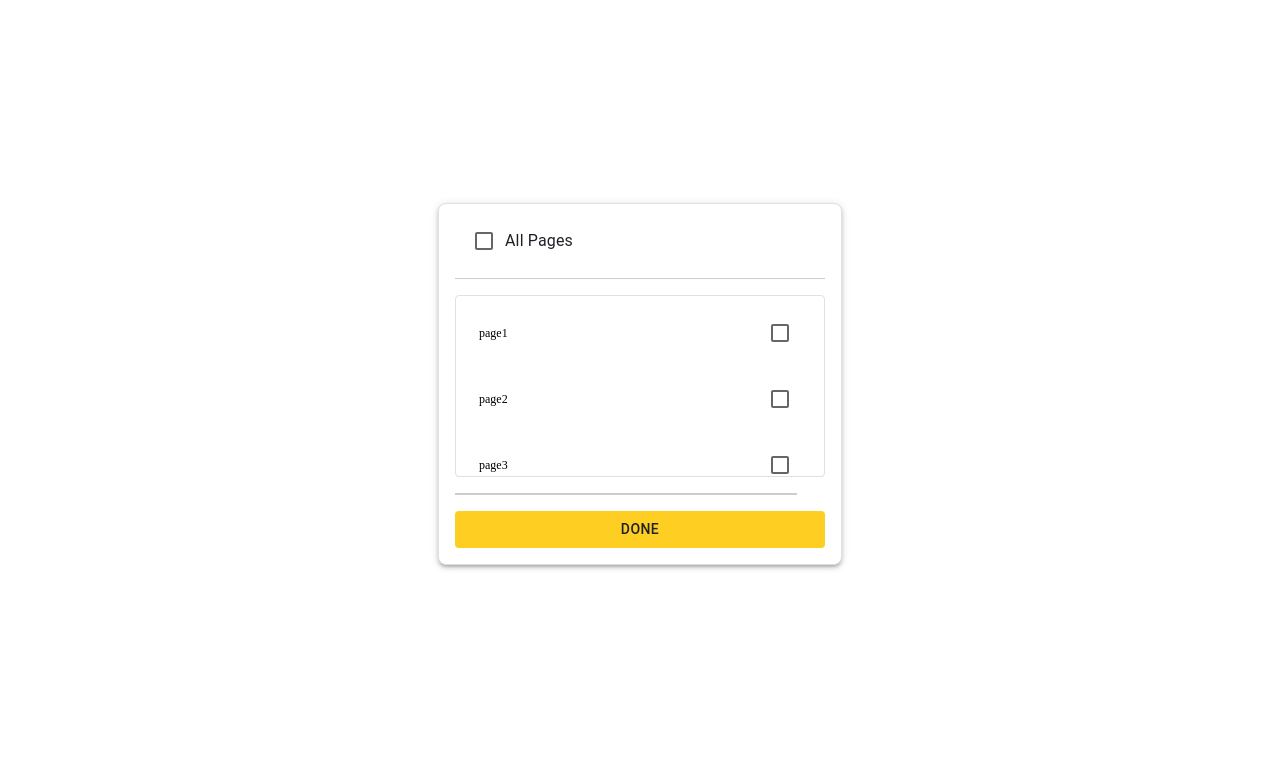
Repository: Tabishhaider72/Ellty-Test
Page: /
These files come from the project's save history. The page is drawn as it stood at one moment and after the next save; the edit follows.
The browser window is 1280 px wide. The pictures show the whole page.
The project was rebuilt for these pictures with package versions that can differ from the ones it lists, and the page was loaded fresh each time. Also part of the build but not shown: vite.config.js, src/index.css.

Above is the page before, as saved 2024-08-28 15:18:15.

### src/App.jsx
import React, { useState } from 'react';
import Box from '@mui/material/Box';
import Checkbox from '@mui/material/Checkbox';
import FormControlLabel from '@mui/material/FormControlLabel';
import Button from '@mui/material/Button';

function PageSelector() {
  const [allChecked, setAllChecked] = useState(false);
  const [pages, setPages] = useState({
    page1: false,
    page2: false,
    page3: false,
  });

  const handleAllCheck = () => {
    const newCheckedStatus = !allChecked;
    setAllChecked(newCheckedStatus);
    setPages({
      page1: newCheckedStatus,
      page2: newCheckedStatus,
      page3: newCheckedStatus,
    });
  };

  const handlePageCheck = (page) => {
    const newPages = { ...pages, [page]: !pages[page] };
    setPages(newPages);
    setAllChecked(Object.values(newPages).every((val) => val === true));
  };

  return (
    <Box
      sx={{
        display: 'flex',
        justifyContent: 'center',
        alignItems: 'center',
        height: '100vh',
        padding: 2,
      }}
    >
      <Box
        sx={{
          width: 370,
          backgroundColor: 'white',
          border: '1px solid',
          borderColor: 'grey.300',
          boxShadow: 3,
          borderRadius: 2,
          p: 2,
          display: 'flex',
          flexDirection: 'column',
        }}
      >
        <Box
          sx={{
            display: 'flex',
            justifyContent: 'space-between',
            alignItems: 'center',
            mb: 2,
          }}
        >
          <Box sx={{ flex: 1 }}>
            <FormControlLabel
              control={
                <Checkbox
                  checked={allChecked}
                  onChange={handleAllCheck}
                  color="primary"
                />
              }
              label="All Pages"
              sx={{
                fontFamily: 'Montserrat',
                fontWeight: 400,
                fontSize: '12px', // Smaller font size
                color: '#1F2128',
                margin: 0,
                ml: 1,
              }}
            />
          </Box>
        </Box>
        <Box
          sx={{
            width: '100%',
            borderBottom: '0.7px solid #CDCDCD',
            mb: 2,
          }}
        />
        <Box
          sx={{
            overflowY: 'auto',
            height: 164,
            mb: 2,
            border: '1px solid',
            borderColor: 'grey.300',
            borderRadius: 1,
            p: 1,
          }}
        >
          {Object.keys(pages).map((page) => (
            <Box
              key={page}
              sx={{
                display: 'flex',
                justifyContent: 'space-between',
                alignItems: 'center',
                p: '8px 15px',
                mb: 1,
                backgroundColor: 'white',
                fontSize: '12px', // Smaller font size
              }}
            >
              <Box sx={{ flex: 1 }}>{page}</Box>
              <Checkbox
                checked={pages[page]}
                onChange={() => handlePageCheck(page)}
                color="primary"
              />
            </Box>
          ))}
        </Box>
        {/* Added line */}
        <Box
          sx={{
            width: 340,
            height: 0,
            border: '0.7px solid #CDCDCD',
            mb: 2,
            flex: 'none',
            order: 0,
            flexGrow: 0,
          }}
        />
        <Box sx={{ mt: 'auto' }}>
          <Button
            variant="contained"
            sx={{
              width: '100%',
              borderRadius: 1,
              backgroundColor: '#FFCE22', // Website color/Orange
              color: '#1F2128', // Black color
              boxShadow: 'none', // Remove shadow
              '&:hover': {
                backgroundColor: '#FFD84D', // Lighter Orange color
                boxShadow: 'none', // Remove shadow on hover
              },
            }}
          >
            Done
          </Button>
        </Box>
      </Box>
    </Box>
  );
}

export default PageSelector;

Loaded but not shown: index.html (common file); src/main.jsx (common file)

After the next save:
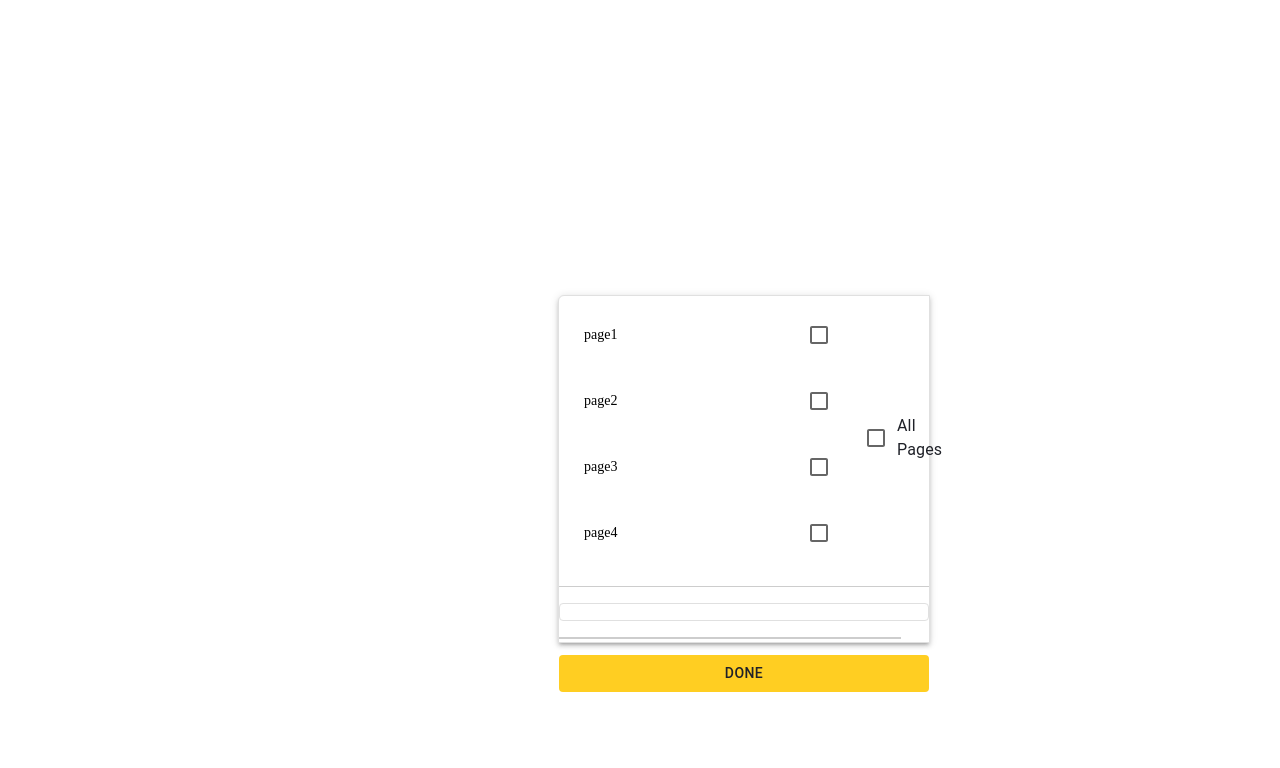
Saved 7 min 56 s later.
--- a/src/App.jsx
+++ b/src/App.jsx
@@ -10,6 +10,7 @@
     page1: false,
     page2: false,
     page3: false,
+    page4: false,
   });
 
   const handleAllCheck = () => {
@@ -19,6 +20,7 @@
       page1: newCheckedStatus,
       page2: newCheckedStatus,
       page3: newCheckedStatus,
+      page4: newCheckedStatus,
     });
   };
 
@@ -41,14 +43,18 @@
       <Box
         sx={{
           width: 370,
+          height: 326,
           backgroundColor: 'white',
           border: '1px solid',
           borderColor: 'grey.300',
           boxShadow: 3,
-          borderRadius: 2,
-          p: 2,
+          borderRadius: '6px 0 0 0',
+          p: '10px 0',
           display: 'flex',
           flexDirection: 'column',
+          position: 'relative',
+          top: '85px',
+          left: '104px',
         }}
       >
         <Box
@@ -57,28 +63,60 @@
             justifyContent: 'space-between',
             alignItems: 'center',
             mb: 2,
+            p: '0 10px',
           }}
         >
           <Box sx={{ flex: 1 }}>
-            <FormControlLabel
-              control={
+            {/* Aligned on the left with items */}
+            {Object.keys(pages).map((page) => (
+              <Box
+                key={page}
+                sx={{
+                  display: 'flex',
+                  justifyContent: 'space-between',
+                  alignItems: 'center',
+                  p: '8px 15px',
+                  fontSize: '14px', // Font size
+                  lineHeight: '18px', // Line height
+                  mb: 1,
+                }}
+              >
+                <Box sx={{ flex: 1 }}>{page}</Box>
                 <Checkbox
-                  checked={allChecked}
-                  onChange={handleAllCheck}
+                  checked={pages[page]}
+                  onChange={() => handlePageCheck(page)}
                   color="primary"
                 />
-              }
-              label="All Pages"
-              sx={{
-                fontFamily: 'Montserrat',
-                fontWeight: 400,
-                fontSize: '12px', // Smaller font size
-                color: '#1F2128',
-                margin: 0,
-                ml: 1,
-              }}
-            />
+              </Box>
+            ))}
           </Box>
+          {/* Checkbox for "All Pages" aligned on the right */}
+          <FormControlLabel
+            control={
+              <Checkbox
+                checked={allChecked}
+                onChange={handleAllCheck}
+                color="primary"
+              />
+            }
+            label="All Pages"
+            sx={{
+              width: 64,
+              height: 18,
+              fontFamily: 'Montserrat',
+              fontStyle: 'normal',
+              fontWeight: 400,
+              fontSize: '14px',
+              lineHeight: '18px',
+              color: '#1F2128',
+              margin: 0,
+              display: 'flex',
+              alignItems: 'center',
+              flex: 'none',
+              order: 0,
+              flexGrow: 0,
+            }}
+          />
         </Box>
         <Box
           sx={{
@@ -97,29 +135,7 @@
             borderRadius: 1,
             p: 1,
           }}
-        >
-          {Object.keys(pages).map((page) => (
-            <Box
-              key={page}
-              sx={{
-                display: 'flex',
-                justifyContent: 'space-between',
-                alignItems: 'center',
-                p: '8px 15px',
-                mb: 1,
-                backgroundColor: 'white',
-                fontSize: '12px', // Smaller font size
-              }}
-            >
-              <Box sx={{ flex: 1 }}>{page}</Box>
-              <Checkbox
-                checked={pages[page]}
-                onChange={() => handlePageCheck(page)}
-                color="primary"
-              />
-            </Box>
-          ))}
-        </Box>
+        />
         {/* Added line */}
         <Box
           sx={{

After the save that followed:
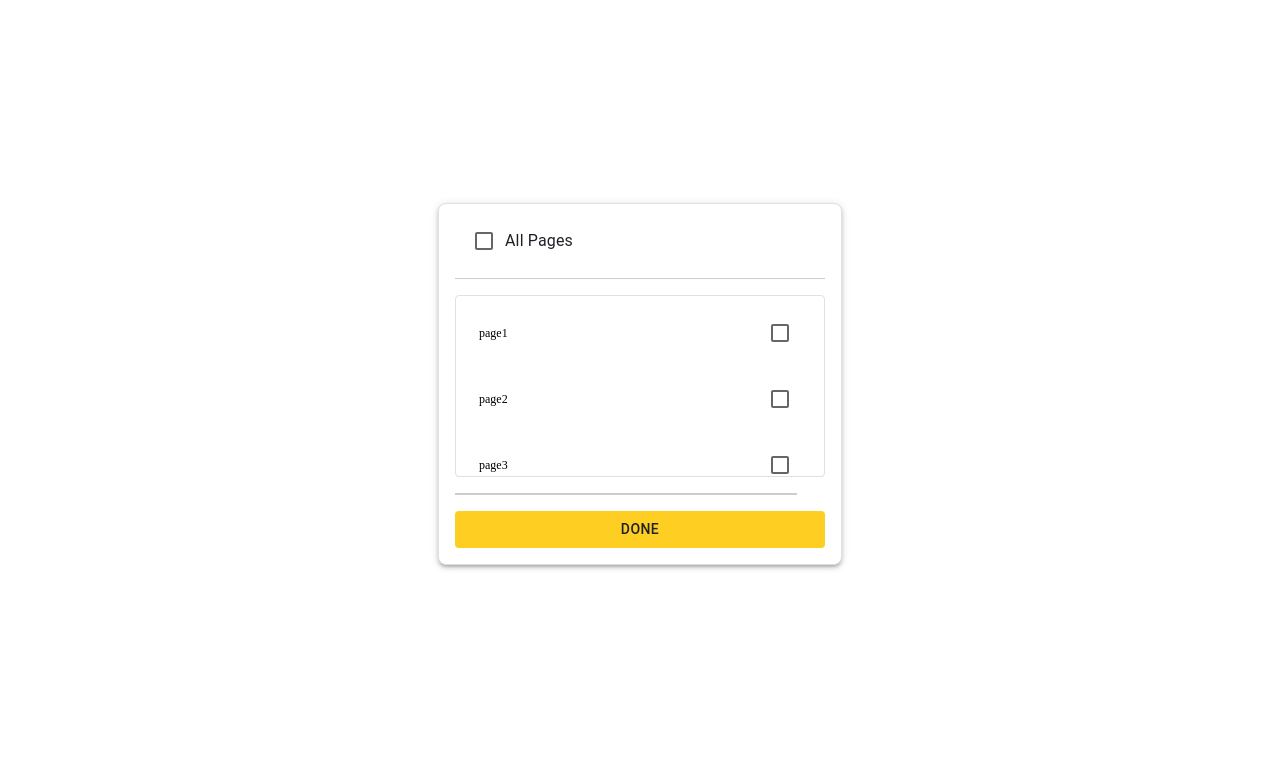
Saved 18 s later.
--- a/src/App.jsx
+++ b/src/App.jsx
@@ -10,7 +10,6 @@
     page1: false,
     page2: false,
     page3: false,
-    page4: false,
   });
 
   const handleAllCheck = () => {
@@ -20,7 +19,6 @@
       page1: newCheckedStatus,
       page2: newCheckedStatus,
       page3: newCheckedStatus,
-      page4: newCheckedStatus,
     });
   };
 
@@ -43,18 +41,14 @@
       <Box
         sx={{
           width: 370,
-          height: 326,
           backgroundColor: 'white',
           border: '1px solid',
           borderColor: 'grey.300',
           boxShadow: 3,
-          borderRadius: '6px 0 0 0',
-          p: '10px 0',
+          borderRadius: 2,
+          p: 2,
           display: 'flex',
           flexDirection: 'column',
-          position: 'relative',
-          top: '85px',
-          left: '104px',
         }}
       >
         <Box
@@ -63,60 +57,28 @@
             justifyContent: 'space-between',
             alignItems: 'center',
             mb: 2,
-            p: '0 10px',
           }}
         >
           <Box sx={{ flex: 1 }}>
-            {/* Aligned on the left with items */}
-            {Object.keys(pages).map((page) => (
-              <Box
-                key={page}
-                sx={{
-                  display: 'flex',
-                  justifyContent: 'space-between',
-                  alignItems: 'center',
-                  p: '8px 15px',
-                  fontSize: '14px', // Font size
-                  lineHeight: '18px', // Line height
-                  mb: 1,
-                }}
-              >
-                <Box sx={{ flex: 1 }}>{page}</Box>
+            <FormControlLabel
+              control={
                 <Checkbox
-                  checked={pages[page]}
-                  onChange={() => handlePageCheck(page)}
+                  checked={allChecked}
+                  onChange={handleAllCheck}
                   color="primary"
                 />
-              </Box>
-            ))}
+              }
+              label="All Pages"
+              sx={{
+                fontFamily: 'Montserrat',
+                fontWeight: 400,
+                fontSize: '12px', // Smaller font size
+                color: '#1F2128',
+                margin: 0,
+                ml: 1,
+              }}
+            />
           </Box>
-          {/* Checkbox for "All Pages" aligned on the right */}
-          <FormControlLabel
-            control={
-              <Checkbox
-                checked={allChecked}
-                onChange={handleAllCheck}
-                color="primary"
-              />
-            }
-            label="All Pages"
-            sx={{
-              width: 64,
-              height: 18,
-              fontFamily: 'Montserrat',
-              fontStyle: 'normal',
-              fontWeight: 400,
-              fontSize: '14px',
-              lineHeight: '18px',
-              color: '#1F2128',
-              margin: 0,
-              display: 'flex',
-              alignItems: 'center',
-              flex: 'none',
-              order: 0,
-              flexGrow: 0,
-            }}
-          />
         </Box>
         <Box
           sx={{
@@ -135,7 +97,29 @@
             borderRadius: 1,
             p: 1,
           }}
-        />
+        >
+          {Object.keys(pages).map((page) => (
+            <Box
+              key={page}
+              sx={{
+                display: 'flex',
+                justifyContent: 'space-between',
+                alignItems: 'center',
+                p: '8px 15px',
+                mb: 1,
+                backgroundColor: 'white',
+                fontSize: '12px', // Smaller font size
+              }}
+            >
+              <Box sx={{ flex: 1 }}>{page}</Box>
+              <Checkbox
+                checked={pages[page]}
+                onChange={() => handlePageCheck(page)}
+                color="primary"
+              />
+            </Box>
+          ))}
+        </Box>
         {/* Added line */}
         <Box
           sx={{
